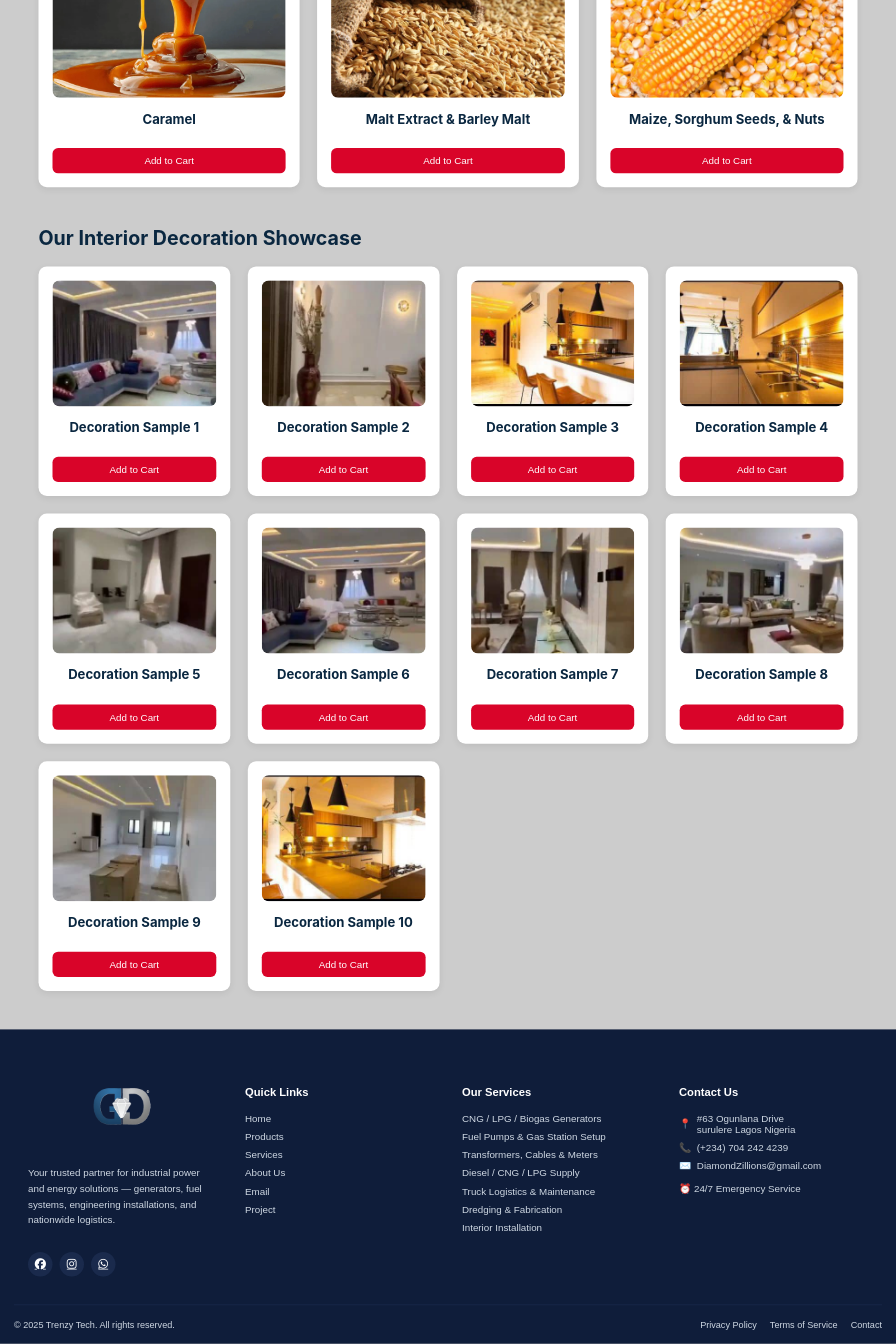
Repository: trenzyfx1/Discover-Diamond-Zillions-Nigeria-Limited
Page: pages/products.html
An editor plug-in stored every save of this project. The page is shown before and after a run of saves, followed by the edit.
The browser window is 1280 px wide. The pictures show the part of the page from y = 3401 to 5321 px (the page is 5321 px tall before and 4817 px after), at 70% of full size.

Above is the page before, as saved 2025-12-29 15:36:53.
Console error: TypeError: Cannot read properties of null (reading 'querySelector')

After the next 2 saves:
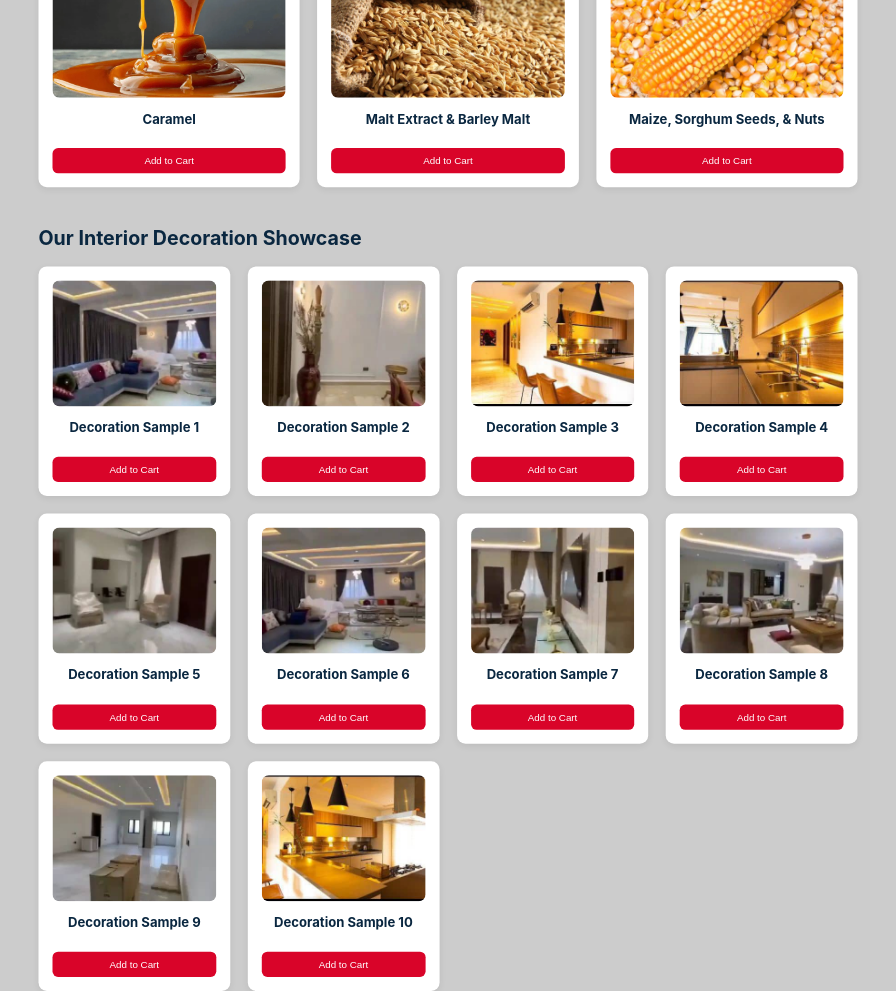
The 2 saves are shown as one change because they came seconds apart.
The last was saved 83 s later.
--- a/pages/products.html
+++ b/pages/products.html
@@ -406,94 +406,7 @@
         </div>
     </section>
 
-    <footer class="footer" role="contentinfo">
-        <div class="footer-container">
-
-            <!-- LEFT: logo + blurb + socials -->
-            <div class="footer-logo" aria-label="company info">
-                <!-- replace src with your logo file -->
-                <img src="../images/logo.png" alt="Discover Diamond Zillions Nigeria Limited logo"
-                    style="margin: auto;" />
-
-                <p>
-                    Your trusted partner for industrial power and energy solutions — generators, fuel systems,
-                    engineering installations, and nationwide logistics.
-                </p>
-
-
-                <div class="footer-socials" aria-label="social links">
-                    <!-- Replace hrefs with real links; these are simple icons using SVG -->
-                    <a href="" aria-label="Facebook" title="Facebook">
-                         <i class="fa-brands fa-facebook"></i>
-                    </a>
-
-                    <a href="" aria-label="Instagram" title="Instagram">
-                        <i class="fa-brands fa-instagram"></i>
-                    </a>
-
-                    <a href="https://wa.me/+2347042424239?text=Hello%20DDZ,%20I%20need%20info" aria-label="WhatsApp" title="WhatsApp">
-                        <i class="fa-brands fa-whatsapp"></i>
-                    </a>
-                </div>
-            </div>
-
-            <!-- MIDDLE: Quick Links -->
-            <nav class="footer-links" aria-label="quick links">
-                <h4>Quick Links</h4>
-                <a href="/">Home</a>
-                <a href="./products.html">Products</a>
-                <a href="./service.html">Services</a>
-                <a href="./about.html">About Us</a>
-                <a href="mailto:DiamondZillions@gmail.com">Email</a>
-                <a href="./project.html">Project</a>
-            </nav>
-
-            <div class="footer-services" aria-label="our services">
-                <h4>Our Services</h4>
-                <a href="./service.html">CNG / LPG / Biogas Generators</a>
-                <a href="./service.html">Fuel Pumps & Gas Station Setup</a>
-                <a href="./service.html">Transformers, Cables & Meters</a>
-                <a href="./service.html">Diesel / CNG / LPG Supply</a>
-                <a href="./service.html">Truck Logistics & Maintenance</a>
-                <a href="./service.html">Dredging & Fabrication</a>
-                <a href="./service.html">Interior Installation</a>
-            </div>
-
-            <!-- RIGHT: Contact -->
-            <div class="footer-contact" aria-label="contact us">
-                <h4>Contact Us</h4>
-
-                <a href="#" class="contact-item">
-                    <!-- small pin icon -->
-                    <span aria-hidden="true">📍</span>
-                    <span>#63 Ogunlana Drive <br> surulere Lagos Nigeria</span>
-                </a>
-
-                <a href="tel:+2347042424239" class="contact-item">
-                    <span aria-hidden="true">📞</span>
-                    <span>(+234) 704 242 4239</span>
-                </a>
-
-                <a href="mailto:DiamondZillions@gmail.com" class="contact-item">
-                    <span aria-hidden="true">✉️</span>
-                    <span>DiamondZillions@gmail.com</span>
-                </a>
-
-                <div style="margin-top:6px; font-size:14px; color:#cfd8e3;">
-                    <span aria-hidden="true">⏰</span> 24/7 Emergency Service
-                </div>
-            </div>
-        </div>
-
-        <div class="footer-bottom">
-            <div>© 2025 Trenzy Tech. All rights reserved.</div>
-            <div>
-                <a href="#">Privacy Policy</a>
-                <a href="#">Terms of Service</a>
-                <a href="#">Contact</a>
-            </div>
-        </div>
-    </footer>
+
 
     <script>
         const searchInput = document.getElementById('searchInput');
